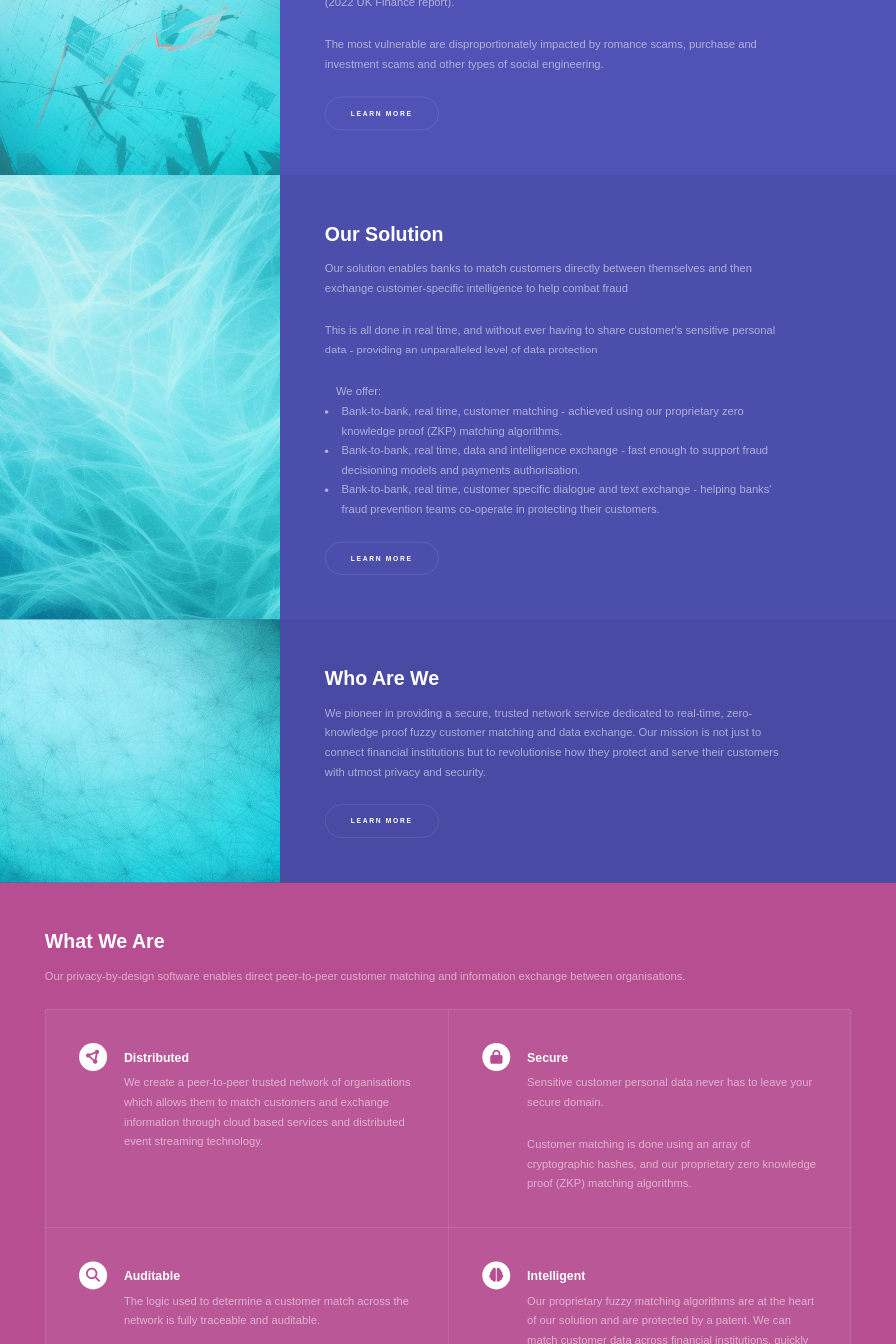
Repository: nocnoc94/nocnoc94.github.io
Page: index.html
An editor plug-in stored every save of this project. The page is shown before and after the next save, followed by the edit.
The browser window is 1280 px wide. The pictures show the part of the page from y = 950 to 2870 px (the page is 4655 px tall before and 4715 px after), at 70% of full size.

Above is the page before, as saved 2024-03-18 17:37:30.

### index.html
<!DOCTYPE HTML>
<html>

<head>
  <title>Abducere</title>
  <meta charset="utf-8" />
  <meta name="viewport" content="width=device-width, initial-scale=1, user-scalable=no" />
  <link rel="icon" href="/static/images/favicon.ico" type="image/x-icon">
  <link rel="stylesheet" href="/static/css/main.css" />
  <noscript>
    <link rel="stylesheet" href="/static/css/noscript.css" />
  </noscript>
</head>

<body class="is-preload">

  <!-- Sidebar -->
  <section id="sidebar">
    <div class="inner">
      <nav>
        <ul>
          <li><a href="#intro">Welcome</a></li>
          <li><a href="#one">Who we are</a></li>
          <li><a href="#two">What we are</a></li>
          <li><a href="#three">Get in touch</a></li>
        </ul>
      </nav>
    </div>
  </section>

  <!-- Wrapper -->
  <div id="wrapper">

    <!-- Intro -->
    <section id="intro" class="wrapper style1 fullscreen fade-up">
      <div class="inner">
        <a id="introLogo" class="image"><img src="/static/images/abducere-logo-1.png" alt=""
            data-position="left left" /></a>
        <!-- <h1>Abducere</h1> -->
        <p id="introText">Providing privacy enhancing technology that enable businesses to: </p>
        <ul>
          <li id="introText">Match customers directly between themselves</li>
          <li id="introText">Exchange data to help & protect their customers, safely and securely</li>
        </ul>
        <ul class="actions">
          <li></li>
        </ul>
      </div>
    </section>

    <!-- One -->
    <section id="one" class="wrapper style2 spotlights">
      <section>
        <a class="image"><img src="/static/images/SD2.png" alt="" data-position="top center" /></a>
        <div class="content">
          <div class="inner">
            <h2>The Problem</h2>
            <p>Authorised Push Payment Fraud (APP) continues to rise
              despite the additional defenses UK banks have deployed, it accounted for 75% of all digital
              banking fraud during the first half of 2022 (Outseer Fraud & Payments Report: 1H 2022) and
              increased 39%
              in the same year (2022 UK Finance report).</p>
            <p>The most vulnerable are
              disproportionately impacted by romance scams, purchase and investment
              scams and other types of social engineering.&nbsp; <br></p>
            <ul class="actions">
              <li><a href="the-problem.html" class="button">Learn more</a></li>
            </ul>
          </div>
        </div>
      </section>
      <section>
        <a class="image"><img src="/static/images/SD3.png" alt="" data-position="25% 25%" /></a>
        <div class="content">
          <div class="inner">
            <h2>Our Solution</h2>
            <p>Our solution enables banks to match customers directly between themselves and then exchange
              customer-specific intelligence to help combat fraud</p>
            <p>This is all done in real time, and without ever having to share customer's sensitive personal data -
              providing an unparalleled level of data protection</p>
            <ul> We offer:
              <li>Bank-to-bank, real time, customer matching - achieved using our proprietary zero knowledge proof (ZKP)
                matching algorithms.</li>
              <li>Bank-to-bank, real time, data and intelligence exchange - fast enough to support fraud decisioning
                models and payments authorisation.</li>
              <li>Bank-to-bank, real time, customer specific dialogue and text exchange - helping banks' fraud
                prevention teams co-operate in protecting their customers.</li>
            </ul>
            <ul class="actions">
              <li><a href="our-solution.html" class="button">Learn more</a></li>
            </ul>
          </div>
        </div>
      </section>
      <section>
        <a class="image"><img src="/static/images/SD1.png" alt="" data-position="center center" /></a>
        <div class="content">
          <div class="inner">
            <h2>Who Are We</h2>
            <p>We pioneer in providing a secure, trusted network service dedicated to real-time,
              zero-knowledge proof fuzzy customer matching and data exchange. Our mission is not just to
              connect financial institutions but to revolutionise how they protect and serve their
              customers with utmost privacy and security.
            </p>
            <ul class="actions">
              <li><a href="who-we-are.html" class="button">Learn more</a></li>
            </ul>
          </div>
        </div>
      </section>
    </section>

    <!-- Two -->
    <section id="two" class="wrapper style3 fade-up">
      <div class="inner">
        <h2>What We Are</h2>
        <p>Our privacy-by-design software enables direct peer-to-peer customer matching and information exchange
          between organisations.</p>
        <div class="features">
          <section>
            <span class="icon solid major fa-circle-nodes"></span>
            <h3>Distributed</h3>
            <p>We create a peer-to-peer trusted network of organisations which allows them to match
              customers and exchange
              information through cloud based services and distributed event streaming
              technology.</p>
          </section>
          <section>
            <span class="icon solid major fa-lock"></span>
            <h3>Secure</h3>
            <p>Sensitive customer personal data never has to leave your secure domain.</p>
            <p>Customer matching is done using an array of cryptographic hashes, and our proprietary zero
              knowledge proof (ZKP) matching algorithms.</p>
          </section>
          <section>
            <span class="icon solid major fa-magnifying-glass"></span>
            <h3>Auditable</h3>
            <p>The logic used to determine a customer match across the network is fully traceable and
              auditable.</p>
            <p>We understand how important it is for clients to be able to justify decisions and their
              impact on customer outcomes. We don't use complex 'black box' models.</p>
          </section>
          <section>
            <span class="icon solid major fa-brain"></span>
            <h3>Intelligent</h3>
            <p>Our proprietary fuzzy matching algorithms are at the heart of our
              solution and are protected by a patent. We can match customer data across financial
              institutions, quickly and accurately. The fuzzy logic component means we can overcome common
              challenges such as poor data quality, linguistic variations in names, and outdated contact
              details.</p>
          </section>
          <section>
            <span class="icon solid major fa-bolt-lightning"></span>
            <h3>Fast</h3>
            <p>We use the latest cutting-edge technology and design
              paradigms in order to provide the fastest concurrent exchange of information
              possible, while being highly scalable.</p>
          </section>
          <section>
            <span class="icon solid major fa-award"></span>
            <h3>Validated</h3>
            <p>Our prototype was used successfully by banks in an 2019 FCA
              TechSprint, sponsored by the Financial Regulatory Authority. We worked
              with 5 banks, to help exchange data to spot anomalies across a network.</p>
            <p>We have also worked closely with EY in their 2023 Innovation Lab where we rigorously tested
              our product and tailored it to real world needs faced by the industry</p>
          </section>
        </div>
        <ul class="actions">
          <li></li>
        </ul>
      </div>
    </section>

    <!-- Three -->
    <section id="collaborators" class="wrapper style2">
      <div class="inner">
        <h2 class="major"> In collaboration with</h2>
        <div class="collab-container">
          <a class="collabLogo image"><img src="/static/images/EY-logo.png" alt="" data-position="center center" /></a>
          <a class="collabLogo image"><img src="/static/images/FCA-logo.png" alt="" data-position="center center" /></a>
          <a class="collabLogo image"><img src="/static/images/Stop-Scams-UK-logo.webp" alt=""
              data-position="center center" /></a>
        </div>
      </div>
    </section>

    <!-- Four -->
    <section id="three" class="wrapper style1 fade-up">
      <div class="inner">
        <h2>Get in touch</h2>
        <p>Feel free to get in touch or to book a demo</p>
        <div class="split style1">
          <section>
            <form method="post" action="#">
              <div class="fields">
                <div class="field half">
                  <label for="name">Name</label>
                  <input type="text" name="name" id="name" />
                </div>
                <div class="field half">
                  <label for="email">Email</label>
                  <input type="text" name="email" id="email" />
                </div>
                <div class="field">
                  <label for="message">Message</label>
                  <textarea name="message" id="message" rows="5"></textarea>
                </div>
              </div>
              <ul class="actions">
                <li><a href="" class="button submit">Send Message</a></li>
              </ul>
            </form>
          </section>
          <section>
            <ul class="contact">
              <li>
                <h3>Email</h3>
                <a href="#">information@abducere.com</a>
              </li>
              <li>
                <h3>Social</h3>
                <ul class="icons">
                  <li><a href="https://www.linkedin.com/company/abducere/about/"
                      class="icon brands fa-linkedin-in"><span class="label">LinkedIn</span></a></li>
                </ul>
              </li>
            </ul>
          </section>
        </div>
      </div>
    </section>

  </div>

  <!-- Footer -->
  <footer id="footer" class="wrapper style1-alt">
    <div class="inner">
      <ul class="menu">
        <li>&copy; Abducere. All rights reserved</li>
      </ul>
    </div>
  </footer>

  <!-- Scripts -->
  <script src="/static/js/jquery.min.js"></script>
  <script src="/static/js/jquery.scrollex.min.js"></script>
  <script src="/static/js/jquery.scrolly.min.js"></script>
  <script src="/static/js/browser.min.js"></script>
  <script src="/static/js/breakpoints.min.js"></script>
  <script src="/static/js/util.js"></script>
  <script src="/static/js/main.js"></script>

</body>

</html>

Loaded but not shown: static/css/fontawesome-all.min.css (library); static/js/jquery.min.js (library); static/js/jquery.scrollex.min.js (common file); static/js/jquery.scrolly.min.js (common file); static/js/browser.min.js (common file); static/js/breakpoints.min.js (common file); static/js/util.js (587 lines, source omitted); static/js/main.js (190 lines, source omitted); static/css/main.css (4012 lines, source omitted)

After the next save:
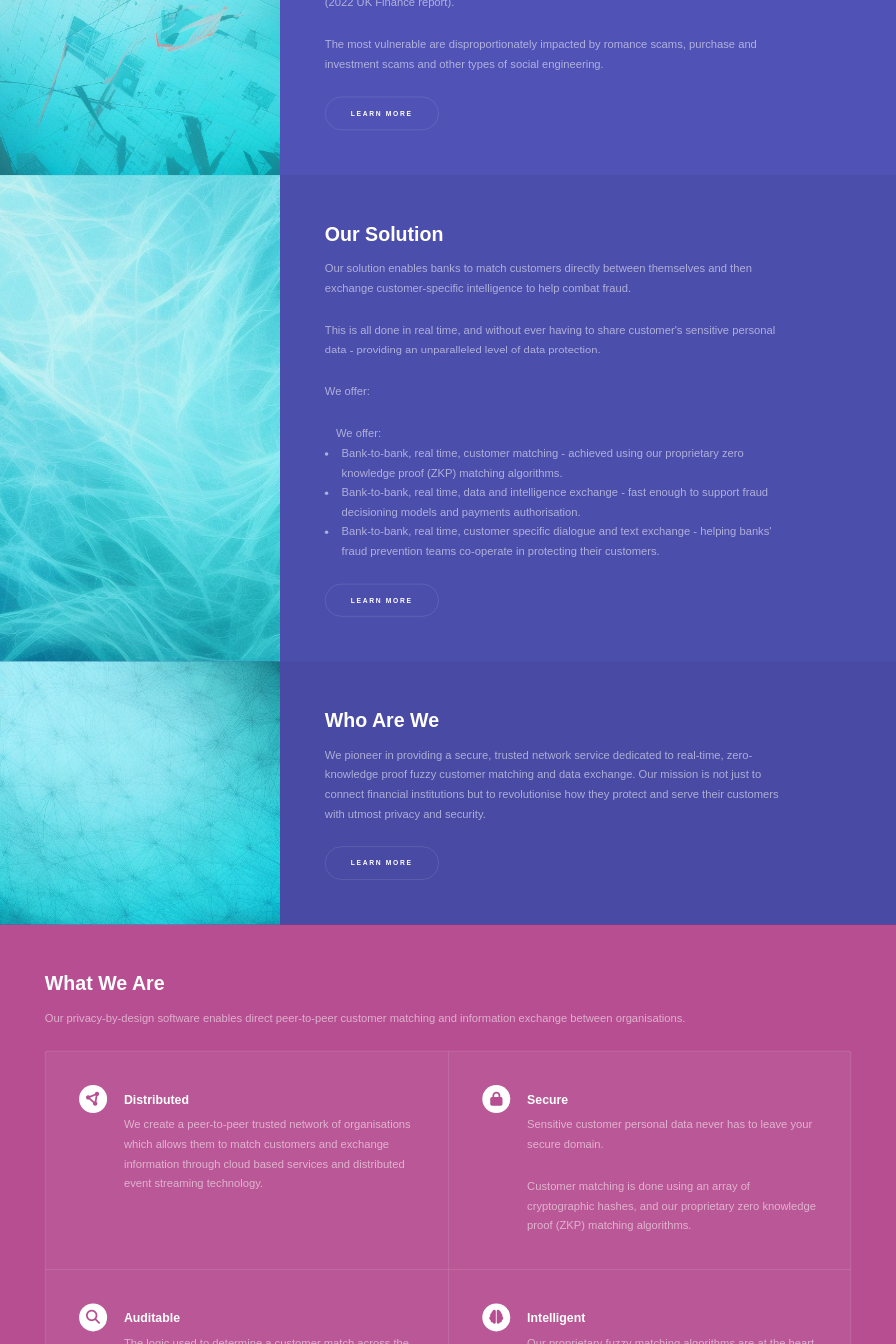
Saved 7 s later.
--- a/index.html
+++ b/index.html
@@ -75,9 +75,10 @@
           <div class="inner">
             <h2>Our Solution</h2>
             <p>Our solution enables banks to match customers directly between themselves and then exchange
-              customer-specific intelligence to help combat fraud</p>
+              customer-specific intelligence to help combat fraud.</p>
             <p>This is all done in real time, and without ever having to share customer's sensitive personal data -
-              providing an unparalleled level of data protection</p>
+              providing an unparalleled level of data protection. </p>
+            <p>We offer:</p>
             <ul> We offer:
               <li>Bank-to-bank, real time, customer matching - achieved using our proprietary zero knowledge proof (ZKP)
                 matching algorithms.</li>

After the save that followed:
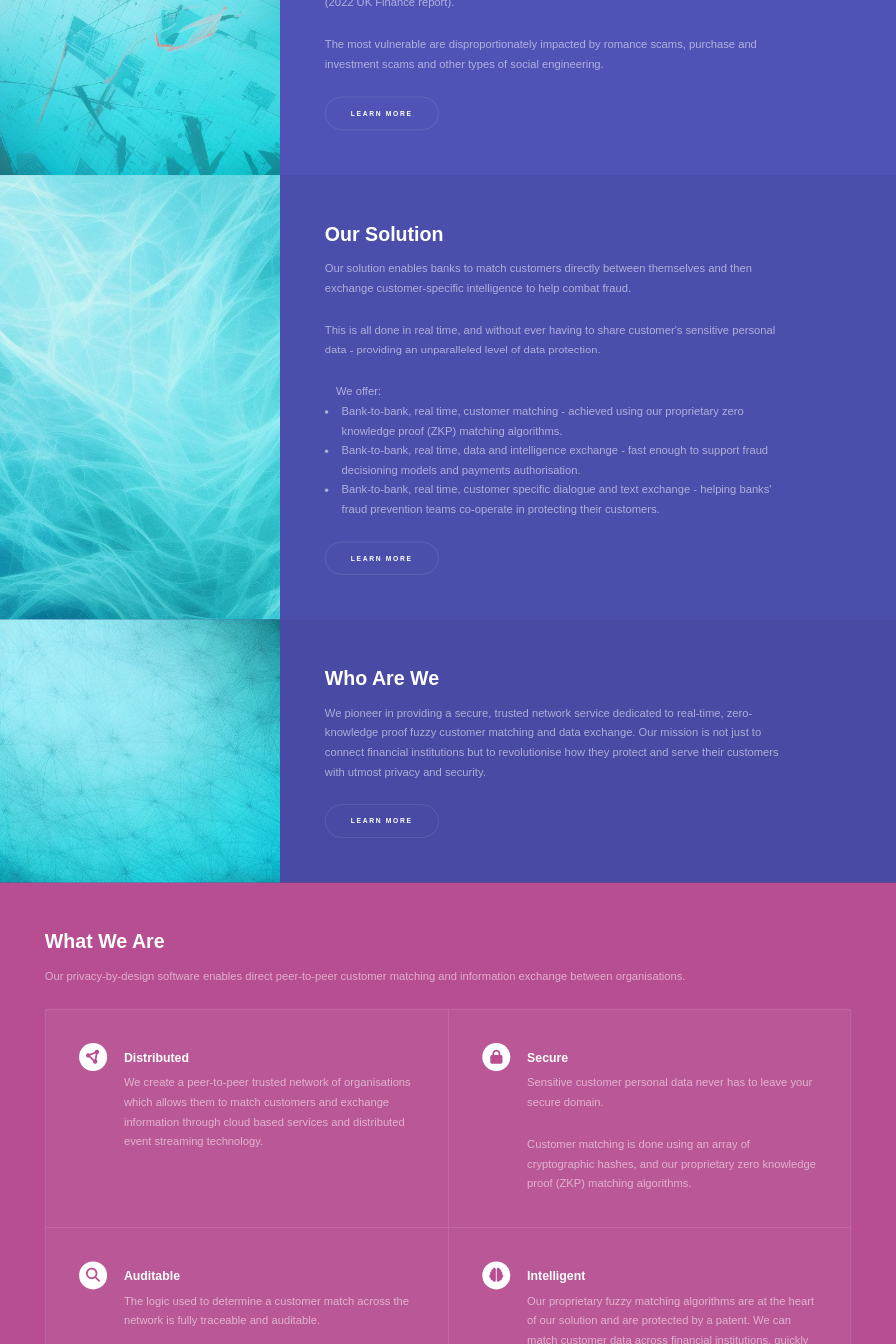
Saved 4 s later.
--- a/index.html
+++ b/index.html
@@ -78,7 +78,6 @@
               customer-specific intelligence to help combat fraud.</p>
             <p>This is all done in real time, and without ever having to share customer's sensitive personal data -
               providing an unparalleled level of data protection. </p>
-            <p>We offer:</p>
             <ul> We offer:
               <li>Bank-to-bank, real time, customer matching - achieved using our proprietary zero knowledge proof (ZKP)
                 matching algorithms.</li>
